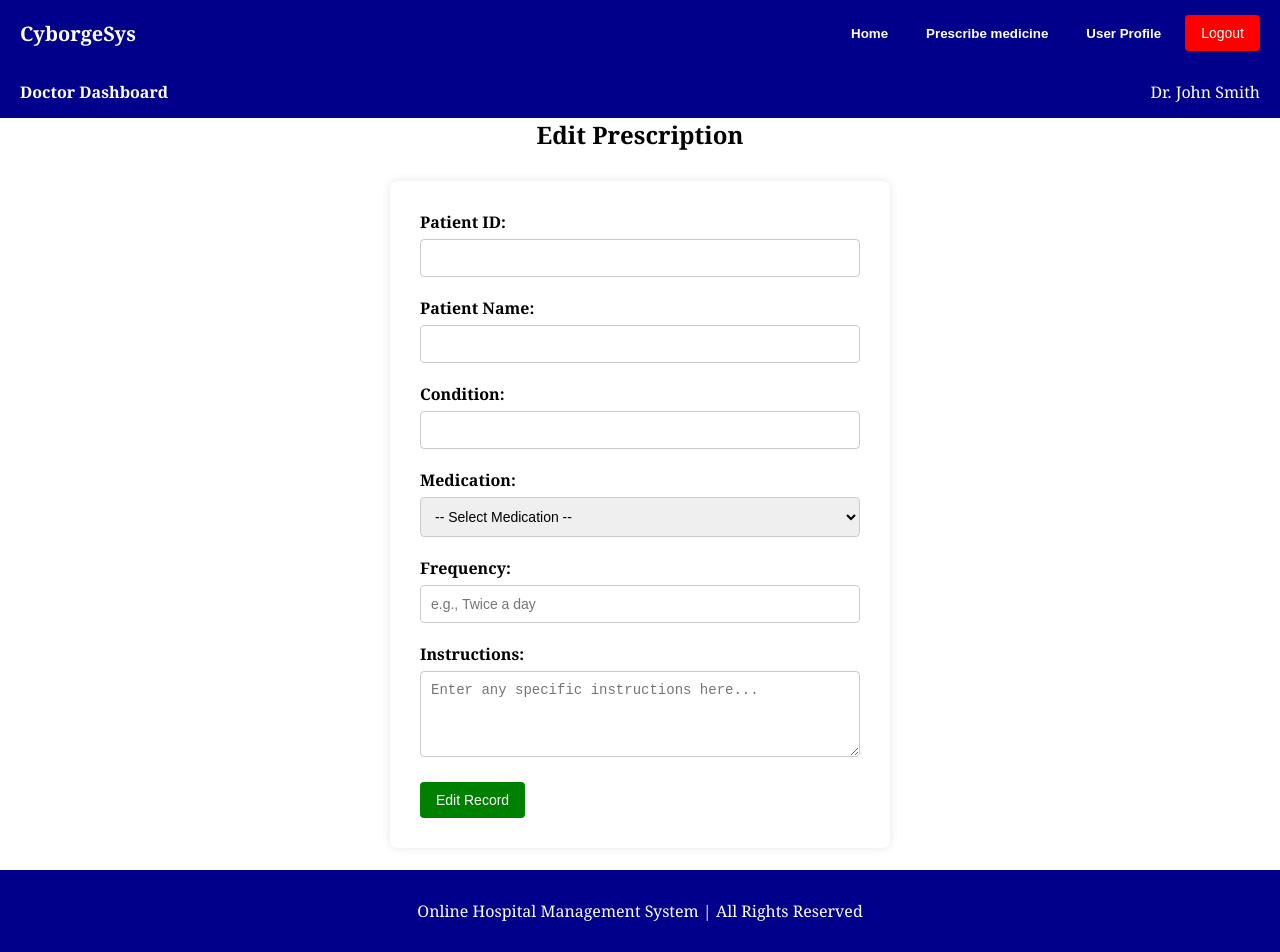
Repository: BinuriJ/HospitalSystem
Page: http://localhost/CyborgSys/DocDashEdit.jsp
The author's editor kept a copy of each file at every save. The page is drawn from the files as they stood at one save, then again after the next save.
The browser window is 1280 px wide. The pictures show the whole page.
The page is served by Tomcat 9.

Above is the page before, as saved 2025-05-10 06:27:41.

After the next save:
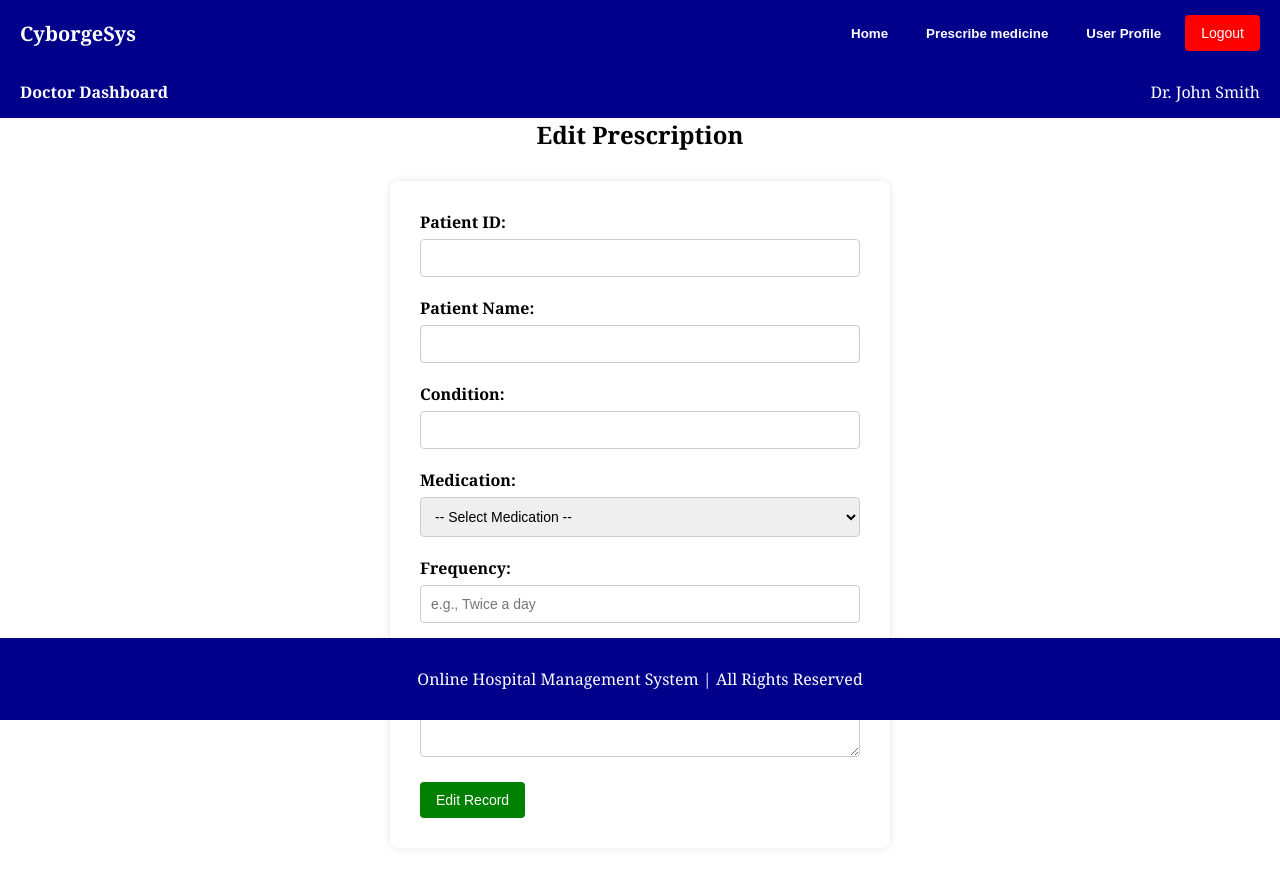
Saved 51 s later.
--- a/CyborgSys/WebContent/DocterDashboardstyles.jsp
+++ b/CyborgSys/WebContent/DocterDashboardstyles.jsp
@@ -127,5 +127,10 @@ footer {
     color: white;
     text-align: center;
     padding: 15px;
+    width: 100%;
+    position: fixed;
+    bottom: 0;
+    left: 0;
+}
 }
 </style>
